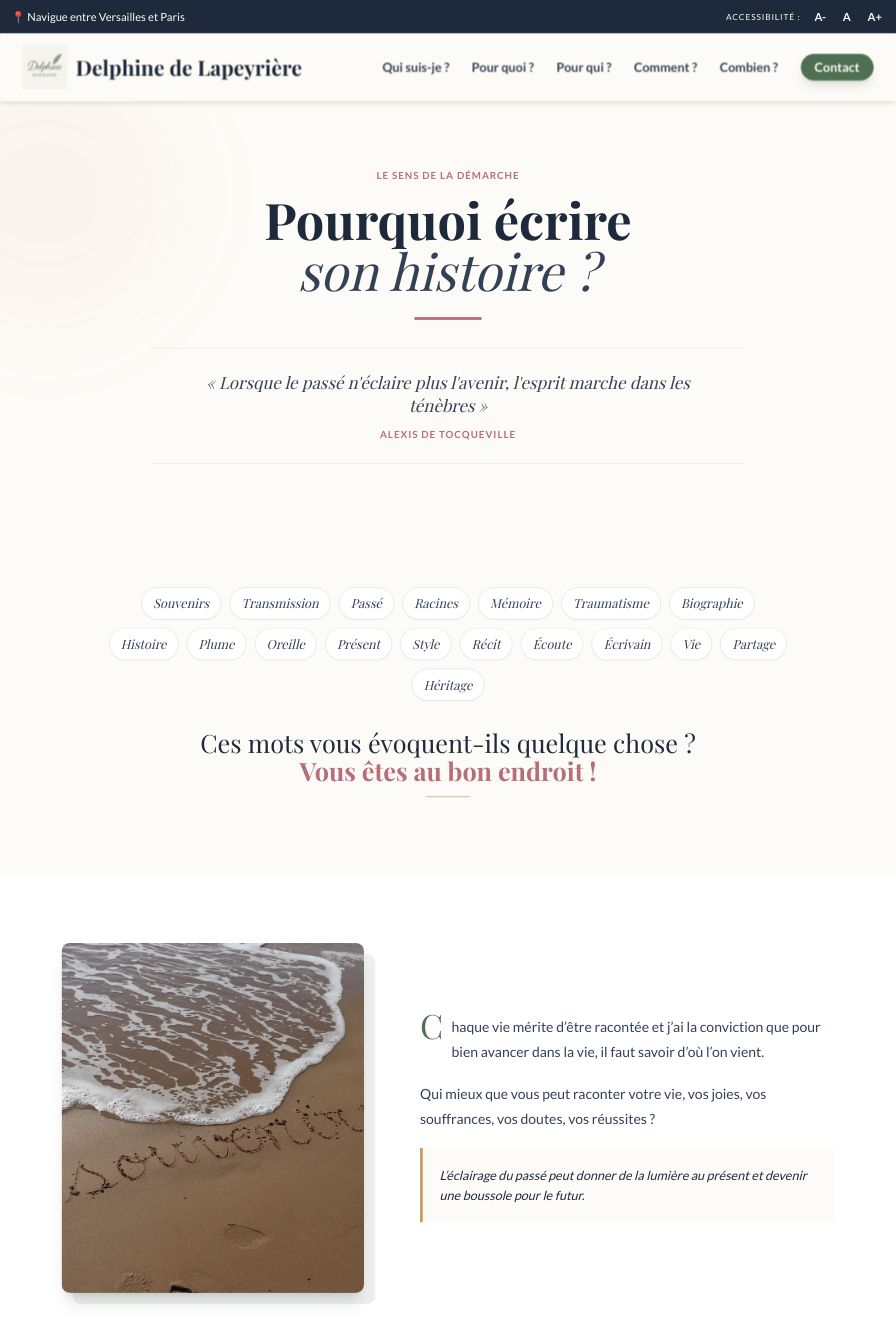
Repository: louisbdc/delphine-biographe
Page: /pour-quoi-faire
An editor plug-in stored every save of this project. The page is shown before and after the next save, followed by the edit.
The browser window is 1280 px wide. The pictures show the part of the page from y = 0 to 1920 px (the page is 3419 px tall before and 3497 px after), at 70% of full size.
Some web fonts or font styles are not loaded; a fallback is used. The project was rebuilt for these pictures with package versions that can differ from the ones it lists, and the page was loaded fresh each time. The framework's server and built-in components were replaced by stand-ins that run in the browser. Also part of the build but not shown: next.config.js.

Above is the page before, as saved 2026-01-07 16:57:33.

### app/layout.tsx
import type { Metadata } from "next";
import "./globals.css";
import AccessibilityControls from "@/components/AccessibilityControls";
import Footer from "@/components/Footer";

export const metadata: Metadata = {
  title: "Delphine de Lapeyrière | Biographe Familiale",
  description: "Biographe familiale, j'écris le livre de votre vie",
  icons: {
    icon: "/logo.png",
  },
};

export default function RootLayout({
  children,
}: Readonly<{
  children: React.ReactNode;
}>) {
  return (
    <html lang="fr" className="scroll-smooth">
      <head>
        {/* Google Fonts: Playfair Display (Serif) & Lato (Sans) */}
        <link rel="preconnect" href="https://fonts.googleapis.com" />
        <link rel="preconnect" href="https://fonts.gstatic.com" crossOrigin="anonymous" />
        <link
          href="https://fonts.googleapis.com/css2?family=Lato:wght@400;700&family=Playfair+Display:ital,wght@0,400;0,700;1,400&display=swap"
          rel="stylesheet"
        />
        {/* Material Symbols for Icons */}
        <link
          rel="stylesheet"
          href="https://fonts.googleapis.com/css2?family=Material+Symbols+Outlined:opsz,wght,FILL,GRAD@24,400,0,0"
        />
      </head>
      <body
        className="font-sans antialiased text-navy overflow-x-hidden flex flex-col min-h-screen"
      >
        {/* Accessibility & Top Bar */}
        <div className="bg-navy text-cream py-2 px-4 flex justify-between items-center text-sm md:text-base">
          <span className="hidden md:inline">📍 Navigue entre Versailles et Paris</span>
          <AccessibilityControls />
        </div>
        <main className="flex-1">
          {children}
        </main>
        <Footer />
      </body>
    </html>
  );
}

### app/pour-quoi-faire/page.tsx
import Navigation from "@/components/Navigation";
import Image from "next/image";

export default function PourQuoi() {
  return (
    <>
      <Navigation />

      {/* Hero Section : Titre et Citation */}
      <section className="relative py-24 bg-[#FDFBF7] text-navy overflow-hidden">
        {/* Décoration subtile unifiée */}
        <div className="absolute top-[-10%] left-[-10%] w-96 h-96 bg-old-rose/5 rounded-full blur-3xl"></div>

        <div className="container mx-auto px-6 max-w-4xl relative z-10 text-center">
          <span className="text-old-rose font-bold tracking-widest uppercase text-sm mb-4 block">
            Le sens de la démarche
          </span>
          <h1 className="text-5xl md:text-7xl font-serif font-bold mb-8 leading-tight">
            Pourquoi écrire <br/>
            <span className="italic font-light text-navy-light">son histoire ?</span>
          </h1>
          {/* Séparateur signature */}
          <div className="w-24 h-1 bg-old-rose mx-auto mb-10"></div>

          {/* La citation reste, mais adaptée au fond clair */}
          <div className="relative inline-block p-8 border-y border-navy/10">
            <p className="text-xl md:text-2xl font-serif italic leading-relaxed text-navy-light">
              « Lorsque le passé n'éclaire plus l'avenir, l'esprit marche dans les ténèbres »
            </p>
            <p className="mt-4 text-sm uppercase tracking-widest text-old-rose font-bold">
              Alexis de Tocqueville
            </p>
          </div>
        </div>
      </section>

      {/* Section Mots-Clés : Design "Nuage de mots" */}
      <section className="py-20 bg-[#FDFBF7]">
        <div className="container mx-auto px-6 max-w-5xl text-center">
          <div className="flex flex-wrap justify-center gap-3 mb-10">
            {[
              "Souvenirs", "Transmission", "Passé", "Racines", "Mémoire",
              "Traumatisme", "Biographie", "Histoire", "Plume", "Oreille",
              "Présent", "Style", "Récit", "Écoute", "Écrivain",
              "Vie", "Partage", "Héritage"
            ].map((word, index) => (
              <span key={index} className="px-4 py-2 bg-white border border-navy/10 rounded-full text-navy-light font-serif italic text-lg shadow-sm">
                {word}
              </span>
            ))}
          </div>

          <div className="text-center mb-8">
            <h2 className="text-3xl md:text-4xl font-serif text-navy mb-4">
              Ces mots vous évoquent-ils quelque chose ? <br/>
              <span className="text-old-rose font-bold">Vous êtes au bon endroit !</span>
            </h2>
            {/* Séparateur signature */}
            <div className="w-16 h-0.5 bg-gold/50 mx-auto"></div>
          </div>
        </div>
      </section>

      {/* Section "Conviction" : Image à Gauche, Texte à Droite */}
      <section className="py-24 bg-white">
        <div className="container mx-auto px-6 max-w-6xl">
          <div className="grid md:grid-cols-12 gap-12 items-center">

            {/* Image d'ambiance - Style Album photo unifié */}
            <div className="md:col-span-5 relative">
              <div className="absolute inset-0 bg-sage/10 transform translate-x-4 translate-y-4 rounded-xl z-0"></div>
              <div className="relative z-10 h-[500px] w-full rounded-xl overflow-hidden shadow-xl">
                 <Image
                    src="/sea.jpg"
                    alt="Eclairage du passé"
                    fill
                    className="object-cover"
                 />
              </div>
            </div>

            {/* Texte Principal */}
            <div className="md:col-span-7 md:pl-8 space-y-6 text-lg text-navy-light leading-relaxed">
              <p>
                <span className="text-5xl float-left mr-3 mt-[-8px] font-serif text-sage">C</span>
                haque vie mérite d’être racontée et j’ai la conviction que pour bien avancer dans la vie, il faut savoir d’où l’on vient.
              </p>
              <p>
                Qui mieux que vous peut raconter votre vie, vos joies, vos souffrances, vos doutes, vos réussites ?
              </p>
              <div className="bg-[#FDFBF7] p-6 border-l-4 border-gold italic text-navy my-6">
                L’éclairage du passé peut donner de la lumière au présent et devenir une boussole pour le futur.
              </div>
            </div>
          </div>
        </div>
      </section>

      {/* Section "Passion & Émotion" : Centré */}
      <section className="py-24 bg-[#FDFBF7] relative overflow-hidden">
        <div className="absolute top-0 right-0 w-64 h-64 bg-old-rose/5 rounded-full blur-3xl"></div>
        <div className="container mx-auto px-6 max-w-4xl relative z-10">
          <div className="text-center mb-12">
            <h2 className="text-3xl md:text-4xl font-serif text-navy mb-4">Passion & Émotion</h2>
            {/* Séparateur signature */}
            <div className="w-16 h-0.5 bg-old-rose/50 mx-auto mb-8"></div>
            <p className="text-xl md:text-2xl text-navy leading-relaxed font-light">
              J'aime l'idée de faire renaître des souvenirs, de mettre en mots une vie, votre vie.
              De voir s'animer votre regard à l'évocation de certaines anecdotes, de sentir votre
              émotion palpable et d'en écrire avec vous la partition.
            </p>
          </div>
        </div>
      </section>

      {/* Section "Cadeau aux générations" : Carte finale */}
      <section className="py-24 bg-white">
        <div className="container mx-auto px-6 max-w-5xl">
          <div className="bg-navy rounded-3xl p-10 md:p-16 text-cream shadow-2xl relative overflow-hidden">
            {/* Image de fond abstraite ou texture */}
            <div className="absolute inset-0 opacity-10 bg-[url('/background.png')] bg-cover mix-blend-overlay"></div>

            <div className="relative z-10 grid md:grid-cols-2 gap-12 items-center">
              <div>
                <h3 className="text-3xl font-serif font-bold text-gold mb-6">
                  Un trésor inestimable
                </h3>
                <p className="text-lg leading-relaxed text-blue-50">
                  À l’heure où l’écrit tend à disparaître, où recevoir une lettre devient une rareté, où l’on se contente de taper un SMS rapide ou même d’enregistrer un vocal pour dire des choses aussi bien banales qu’essentielles...
                </p>
              </div>
              <div>
                <p className="text-xl font-serif italic leading-relaxed border-l-2 border-gold pl-6">
                  "Coucher sur le papier quelques bribes de sa vie, un événement important ou sa vie entière est un magnifique cadeau à faire aux générations futures qui éprouveront, un jour, le besoin de se replonger dans leurs racines."
                </p>
                <div className="mt-8">
                  <a
                    href="/contact"
                    className="inline-block bg-gold text-navy font-bold py-3 px-8 rounded-full hover:bg-white transition-colors duration-300"
                  >
                    Offrir ce cadeau
                  </a>
                </div>
              </div>
            </div>
          </div>
        </div>
      </section>
    </>
  );
}

### app/globals.css
@tailwind base;
@tailwind components;
@tailwind utilities;

body {
  background-color: #FDFBF7;
  color: #1E293B;
  /* High contrast text */
}

/* Smooth fade-in animation */
.fade-in {
  animation: fadeIn 1.2s ease-in-out;
}

@keyframes fadeIn {
  from { opacity: 0; transform: translateY(10px); }
  to { opacity: 1; transform: translateY(0); }
}

/* Focus states for accessibility */
a:focus, button:focus {
  outline: 3px solid #C5A059;
  outline-offset: 2px;
}

/* Typography overrides for specific senior readability */
p {
  line-height: 1.8;
  font-size: 1.25rem; /* ~20px for excellent readability */
}

### components/AccessibilityControls.tsx
"use client";

import { useState, useEffect } from "react";

export default function AccessibilityControls() {
  // On démarre à 100% (1) par défaut
  const [currentZoom, setCurrentZoom] = useState(1);
  const [mounted, setMounted] = useState(false);

  // Au chargement de la page (côté client uniquement)
  useEffect(() => {
    setMounted(true);
    // 1. On essaie de récupérer une préférence existante
    const savedZoom = localStorage.getItem("user-font-zoom");
    if (savedZoom) {
      const zoomValue = parseFloat(savedZoom);
      setCurrentZoom(zoomValue);
      applyZoom(zoomValue);
    } else {
      // Si aucune préférence, on applique la valeur par défaut
      applyZoom(1);
    }
  }, []);

  // Fonction pour appliquer le zoom sur la balise HTML racine
  const applyZoom = (zoom: number) => {
    if (typeof document !== "undefined") {
      // On touche à l'élément racine <html> pour que les 'rem' de Tailwind s'adaptent
      document.documentElement.style.fontSize = `${100 * zoom}%`;
    }
  };

  const handleZoomChange = (newZoom: number) => {
    setCurrentZoom(newZoom);
    applyZoom(newZoom);
    // On sauvegarde le choix pour la prochaine visite
    localStorage.setItem("user-font-zoom", newZoom.toString());
  };

  const increaseText = () => {
    if (currentZoom < 1.3) { // Max 130%
      // On utilise toFixed pour éviter les problèmes de virgule flottante (0.1 + 0.2 != 0.3)
      const newVal = parseFloat((currentZoom + 0.1).toFixed(1));
      handleZoomChange(newVal);
    }
  };

  const decreaseText = () => {
    if (currentZoom > 0.9) { // Min 90%
      const newVal = parseFloat((currentZoom - 0.1).toFixed(1));
      handleZoomChange(newVal);
    }
  };

  const resetText = () => {
    handleZoomChange(1); // Retour à 100%
  };

  // Pour éviter les erreurs d'hydratation (différence serveur/client),
  // on n'affiche rien tant que le composant n'est pas monté.
  if (!mounted) return null;

  return (
    <div className="flex items-center gap-4" id="accessibility-controls">
      <span className="uppercase tracking-widest text-xs hidden sm:inline">Accessibilité :</span>
      <button
        onClick={decreaseText}
        className="hover:text-gold font-bold p-1 transition-colors"
        aria-label="Diminuer la taille du texte"
        title="Réduire le texte"
      >
        A-
      </button>
      <button
        onClick={resetText}
        className="hover:text-gold font-bold p-1 transition-colors"
        aria-label="Taille du texte par défaut"
        title="Taille par défaut"
      >
        A
      </button>
      <button
        onClick={increaseText}
        className="hover:text-gold font-bold p-1 transition-colors"
        aria-label="Augmenter la taille du texte"
        title="Agrandir le texte"
      >
        A+
      </button>
    </div>
  );
}

### components/Navigation.tsx
export default function Navigation() {
  return (
    <nav className="sticky top-0 z-50 bg-cream/95 backdrop-blur-sm shadow-md border-b border-gold/20">
      <div className="container mx-auto px-4 md:px-8 py-4 flex flex-col md:flex-row justify-between items-center">
        {/* Logo */}
        <a
          href="/"
          className="mb-4 md:mb-0 hover:opacity-80 transition-opacity flex items-center gap-3"
        >
          <img
            src="/logo.png"
            alt="Delphine de Lapeyrière - Biographe"
            className="h-12 md:h-16 w-auto"
          />
          <span className="text-2xl md:text-3xl font-serif font-bold text-navy">
            Delphine de Lapeyrière
          </span>
        </a>

        {/* Menu items */}
        <ul className="flex flex-wrap justify-center gap-4 md:gap-8 text-lg font-semibold text-navy-light">
          <li>
            <a
              href="/qui-suis-je"
              className="hover:text-old-rose transition-colors decoration-gold underline-offset-4 hover:underline"
            >
              Qui suis-je ?
            </a>
          </li>
          <li>
            <a
              href="/pour-quoi-faire"
              className="hover:text-old-rose transition-colors decoration-gold underline-offset-4 hover:underline"
            >
              Pour quoi ?
            </a>
          </li>
          <li>
            <a
              href="/pour-qui"
              className="hover:text-old-rose transition-colors decoration-gold underline-offset-4 hover:underline"
            >
              Pour qui ?
            </a>
          </li>
          <li>
            <a
              href="/comment"
              className="hover:text-old-rose transition-colors decoration-gold underline-offset-4 hover:underline"
            >
              Comment ?
            </a>
          </li>
          <li>
            <a
              href="/combien"
              className="hover:text-old-rose transition-colors decoration-gold underline-offset-4 hover:underline"
            >
              Combien ?
            </a>
          </li>
          <li>
            <a
              href="/contact"
              className="px-5 py-2 bg-sage text-white rounded-full hover:bg-green-800 transition-colors shadow-lg transform hover:-translate-y-0.5"
            >
              Contact
            </a>
          </li>
        </ul>
      </div>
    </nav>
  );
}

### tailwind.config.ts
import type { Config } from "tailwindcss";

const config: Config = {
  content: [
    "./pages/**/*.{js,ts,jsx,tsx,mdx}",
    "./components/**/*.{js,ts,jsx,tsx,mdx}",
    "./app/**/*.{js,ts,jsx,tsx,mdx}",
  ],
  theme: {
    extend: {
      colors: {
        'cream': '#FDFBF7',
        'cream-dark': '#F5F2EB',
        'navy': '#1E293B',
        'navy-light': '#334155',
        'sage': '#4F6F52',
        'gold': '#C5A059',
        'old-rose': '#B76E79',
      },
      fontFamily: {
        serif: ['"Playfair Display"', 'serif'],
        sans: ['"Lato"', 'sans-serif'],
      },
      fontSize: {
        'base-lg': '1.125rem', /* 18px minimum for body */
      }
    },
  },
  plugins: [],
};
export default config;

Loaded but not shown: components/Footer.tsx (120 lines, source omitted)

After the next save:
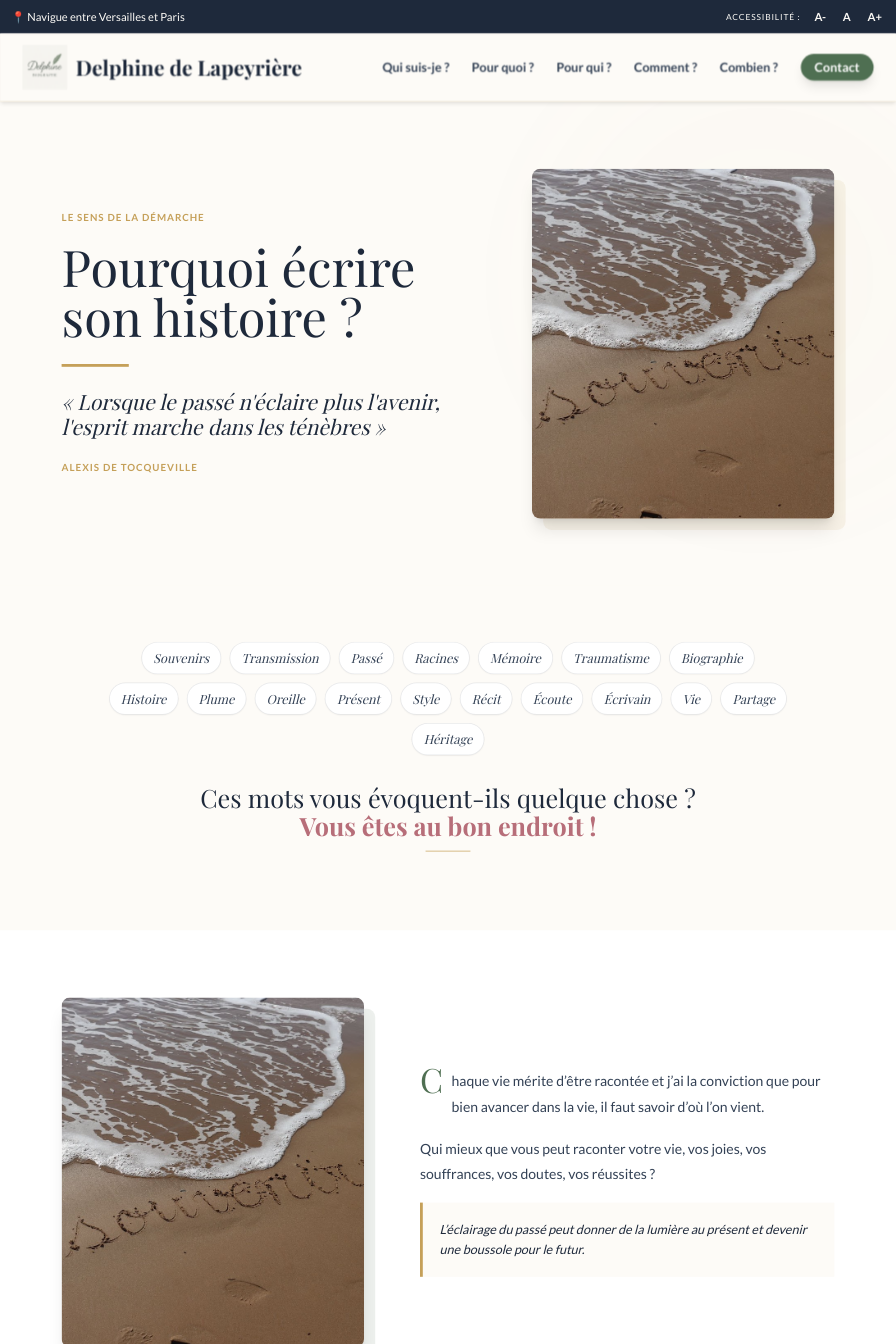
Saved 100 s later.
--- a/app/pour-quoi-faire/page.tsx
+++ b/app/pour-quoi-faire/page.tsx
@@ -6,30 +6,45 @@ export default function PourQuoi() {
     <>
       <Navigation />
 
-      {/* Hero Section : Titre et Citation */}
-      <section className="relative py-24 bg-[#FDFBF7] text-navy overflow-hidden">
-        {/* Décoration subtile unifiée */}
-        <div className="absolute top-[-10%] left-[-10%] w-96 h-96 bg-old-rose/5 rounded-full blur-3xl"></div>
+      {/* Hero Section : Portrait Élégant */}
+      <section className="relative py-24 bg-[#FDFBF7] overflow-hidden">
+         {/* Décoration d'arrière-plan */}
+         <div className="absolute top-0 right-0 w-full h-full opacity-10 pointer-events-none">
+            <div className="absolute right-[-10%] top-[-10%] w-[50vw] h-[50vw] bg-gold/20 rounded-full blur-[100px]"></div>
+         </div>
 
-        <div className="container mx-auto px-6 max-w-4xl relative z-10 text-center">
-          <span className="text-old-rose font-bold tracking-widest uppercase text-sm mb-4 block">
-            Le sens de la démarche
-          </span>
-          <h1 className="text-5xl md:text-7xl font-serif font-bold mb-8 leading-tight">
-            Pourquoi écrire <br/>
-            <span className="italic font-light text-navy-light">son histoire ?</span>
-          </h1>
-          {/* Séparateur signature */}
-          <div className="w-24 h-1 bg-old-rose mx-auto mb-10"></div>
+        <div className="container mx-auto px-6 max-w-6xl relative z-10">
+          <div className="grid md:grid-cols-12 gap-12 items-center">
+            {/* Colonne Texte (7 cols) */}
+            <div className="md:col-span-7 order-2 md:order-1">
+               <span className="text-gold font-bold tracking-widest uppercase text-sm mb-6 block fade-in">
+                Le sens de la démarche
+              </span>
+              <h1 className="text-5xl md:text-7xl font-serif text-navy mb-8 leading-tight fade-in">
+                Pourquoi écrire son histoire ?
+              </h1>
+              <div className="w-24 h-1 bg-gold mb-8"></div>
+              <p className="text-2xl md:text-3xl font-serif text-navy mb-6 font-light">
+                <span className="italic">« Lorsque le passé n'éclaire plus l'avenir, l'esprit marche dans les ténèbres »</span>
+              </p>
+              <p className="text-lg text-navy-light leading-relaxed max-w-2xl">
+                <span className="text-sm uppercase tracking-widest text-gold font-bold">Alexis de Tocqueville</span>
+              </p>
+            </div>
 
-          {/* La citation reste, mais adaptée au fond clair */}
-          <div className="relative inline-block p-8 border-y border-navy/10">
-            <p className="text-xl md:text-2xl font-serif italic leading-relaxed text-navy-light">
-              « Lorsque le passé n'éclaire plus l'avenir, l'esprit marche dans les ténèbres »
-            </p>
-            <p className="mt-4 text-sm uppercase tracking-widest text-old-rose font-bold">
-              Alexis de Tocqueville
-            </p>
+            {/* Colonne Image (5 cols) - Style Album photo unifié */}
+            <div className="md:col-span-5 order-1 md:order-2 relative">
+              <div className="absolute inset-0 bg-gold/10 transform translate-x-4 translate-y-4 rounded-xl z-0"></div>
+              <div className="relative z-10 h-[500px] w-full rounded-xl overflow-hidden shadow-xl">
+                <Image
+                  src="/sea.jpg"
+                  alt="Pourquoi écrire son histoire"
+                  fill
+                  className="object-cover"
+                  priority
+                />
+              </div>
+            </div>
           </div>
         </div>
       </section>
